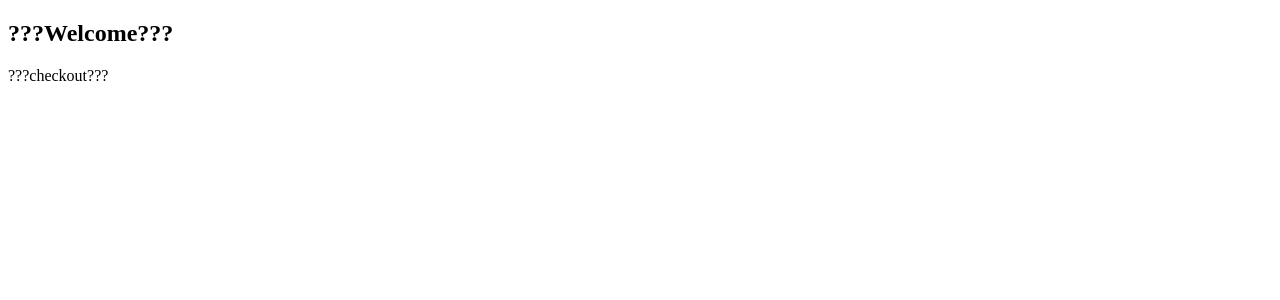
Repository: ashwinii19/Core-Java-Learning
Page: http://localhost/25-JSTL/Formatting Tag/Bundle.jsp
An editor plug-in stored every save of this project. The page is shown before and after a run of saves, followed by the edit.
The browser window is 1280 px wide. The pictures show the whole page.
The page is served by Tomcat 9.

Above is the page before, as saved 2025-08-22 04:38:57.

After the next 2 saves:
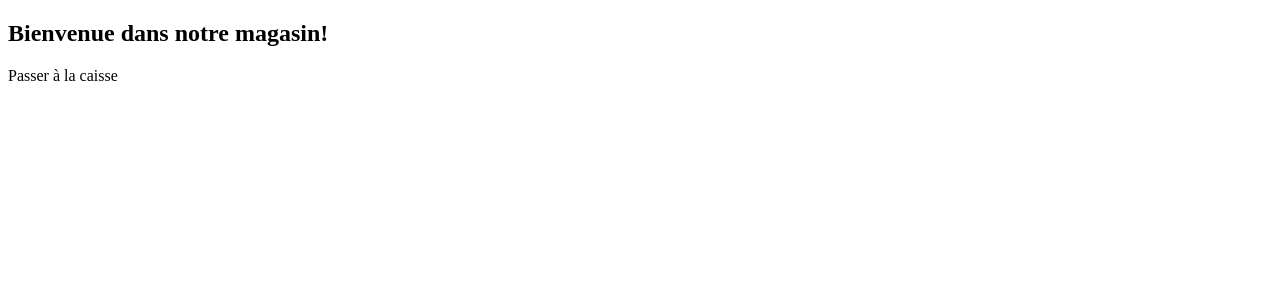
The 2 saves are shown as one change because they came seconds apart.
The last was saved 6 min 14 s later.
--- a/25-JSTL/src/main/webapp/Formatting Tag/Bundle.jsp
+++ b/25-JSTL/src/main/webapp/Formatting Tag/Bundle.jsp
@@ -9,10 +9,11 @@
 </head>
 <body>
 
-	<fmt:bundle basename="messages"></fmt:bundle>
-	<fmt:setLocale value="fr_FR"/>
+    <fmt:setLocale value="fr_FR" />
 
-	<h2><fmt:message key="Welcome"></fmt:message></h2>
-	<p><fmt:message key="checkout"></fmt:message>
+    <fmt:setBundle basename="messages" />
+
+    <h2><fmt:message key="welcome" /></h2>
+    <p><fmt:message key="checkout" /></p>
 </body>
 </html>
